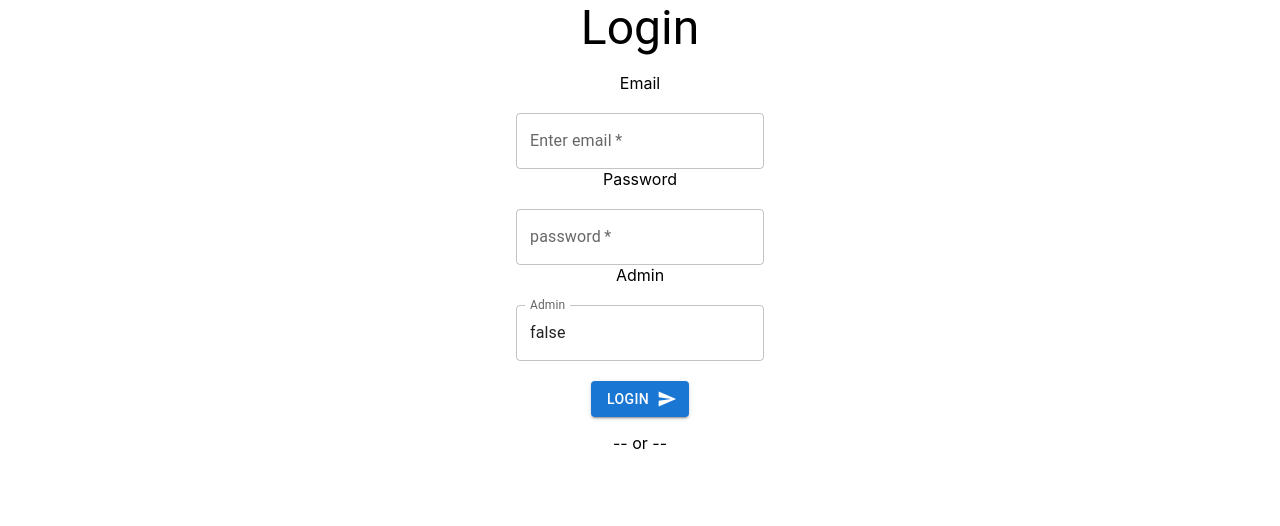
Repository: nj10deadend/mern-w-auth-app
Page: / (app in frontend/store/)
These files come from the project's save history. The page is drawn as it stood at one moment and after the next save; the edit follows.
The browser window is 1280 px wide. The pictures show the whole page.
The page's requests for data from a server got no answer. The project was rebuilt for these pictures with package versions that can differ from the ones it lists, and the page was loaded fresh each time. No one was signed in, and anything a server would have sent is missing. Also part of the build but not shown: frontend/store/src/components/Items.js, frontend/store/src/components/Registration.js, frontend/store/src/AuthenticatedApp.js.

Above is the page before, as saved 2022-01-06 17:27:39.

After the next save:
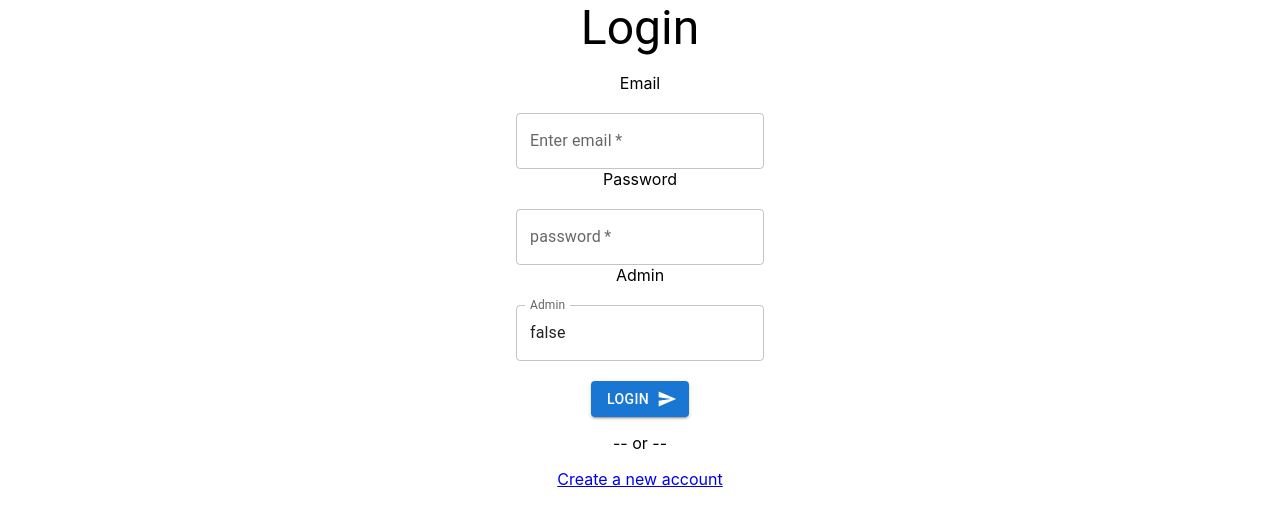
Saved 61 s later.
--- a/frontend/store/src/components/Login.js
+++ b/frontend/store/src/components/Login.js
@@ -91,7 +91,7 @@ function Login () {
             </form>
 
             <p>-- or --</p>
-            {/* <p><Link to="/signup">Create a new account</Link></p> */}
+            <p><Link to="/registration">Create a new account</Link></p>
 
 
             {/* <Routes>
